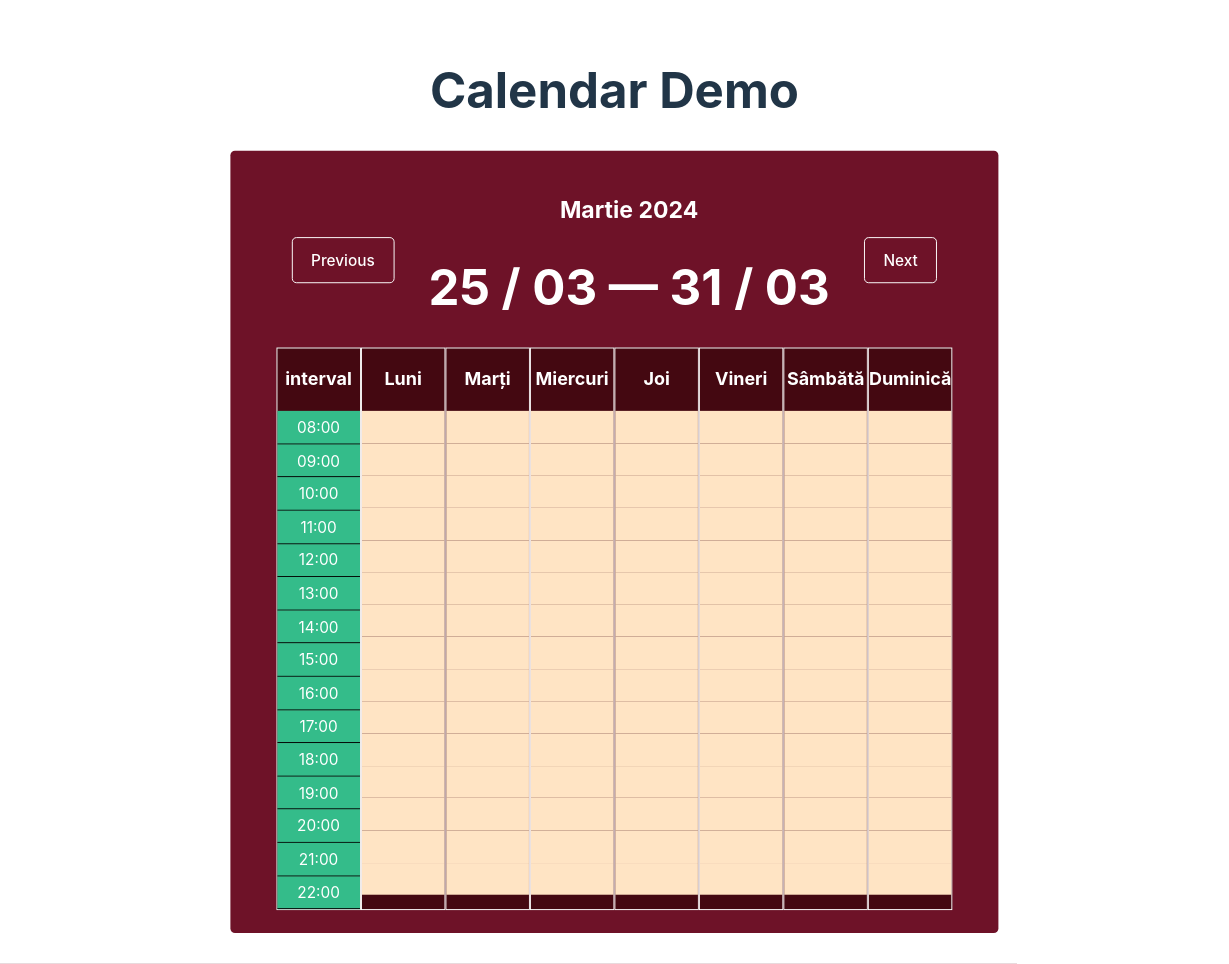
Repository: Maryie-B/weekly-calendar-scheduler
Page: /
An editor plug-in stored every save of this project. The page is shown before and after the next save, followed by the edit.
The browser window is 1280 px wide. The pictures show the whole page, at 96% of full size.
The project was rebuilt for these pictures with package versions that can differ from the ones it lists, and the page was loaded fresh each time. Also part of the build but not shown: vite.config.js.

Above is the page before, as saved 2024-03-26 16:20:58.

After the next save:
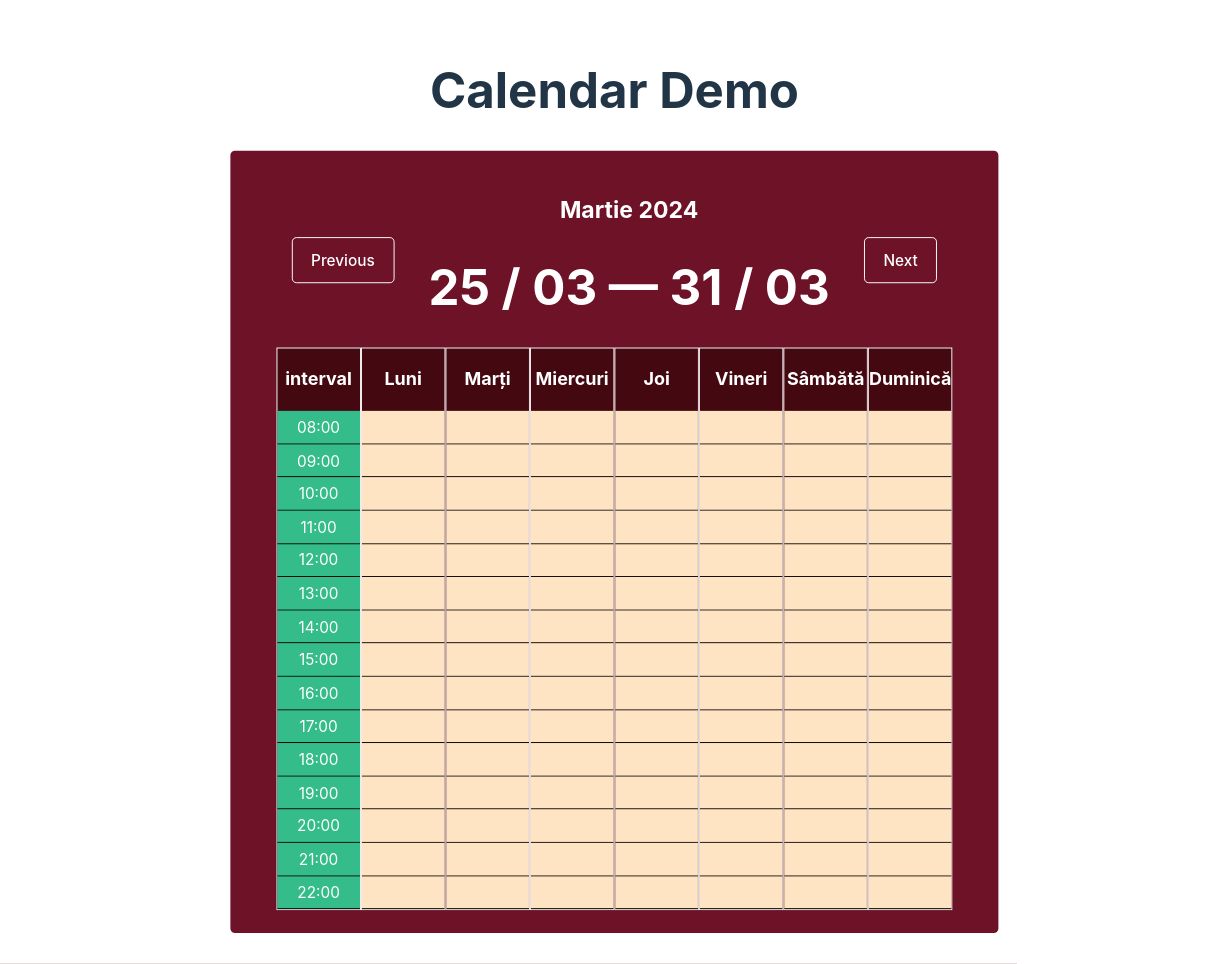
Saved 12 s later.
--- a/src/App.css
+++ b/src/App.css
@@ -59,5 +59,5 @@
 .hour-intervals-empty {
   min-height: 2.1rem;
   background-color: bisque;
-  border: 3px black;
+  border-bottom: solid black 1px;
 }
